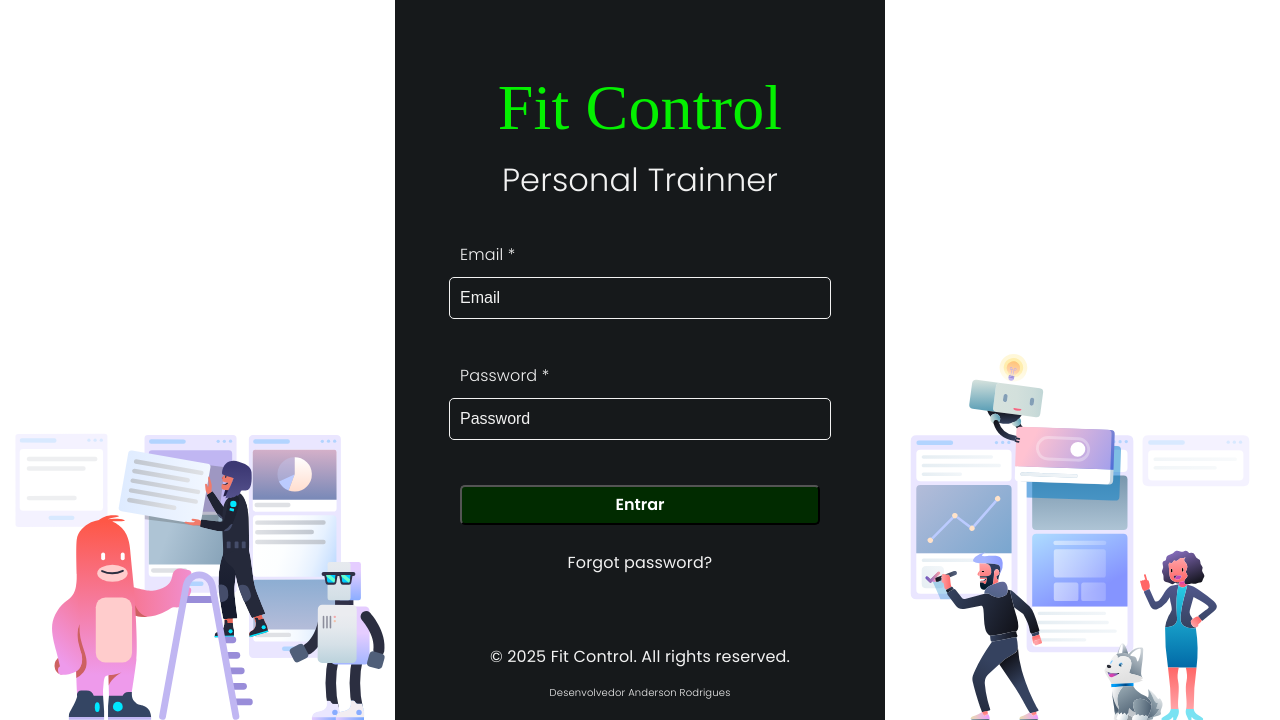
Repository: fit-control/frontend-fit-control
Page: /
The author's editor kept a copy of each file at every save. The page is drawn from the files as they stood at one save, then again after the next save.
The browser window is 1280 px wide. The pictures show the whole page.
Some web fonts or font styles are not loaded; a fallback is used. The project was rebuilt for these pictures with package versions that can differ from the ones it lists, and the page was loaded fresh each time. The framework's server and built-in components were replaced by stand-ins that run in the browser. Also part of the build but not shown: next.config.js, vite.config.ts.

Above is the page before, as saved 2025-01-18 22:50:12.

After the next save:
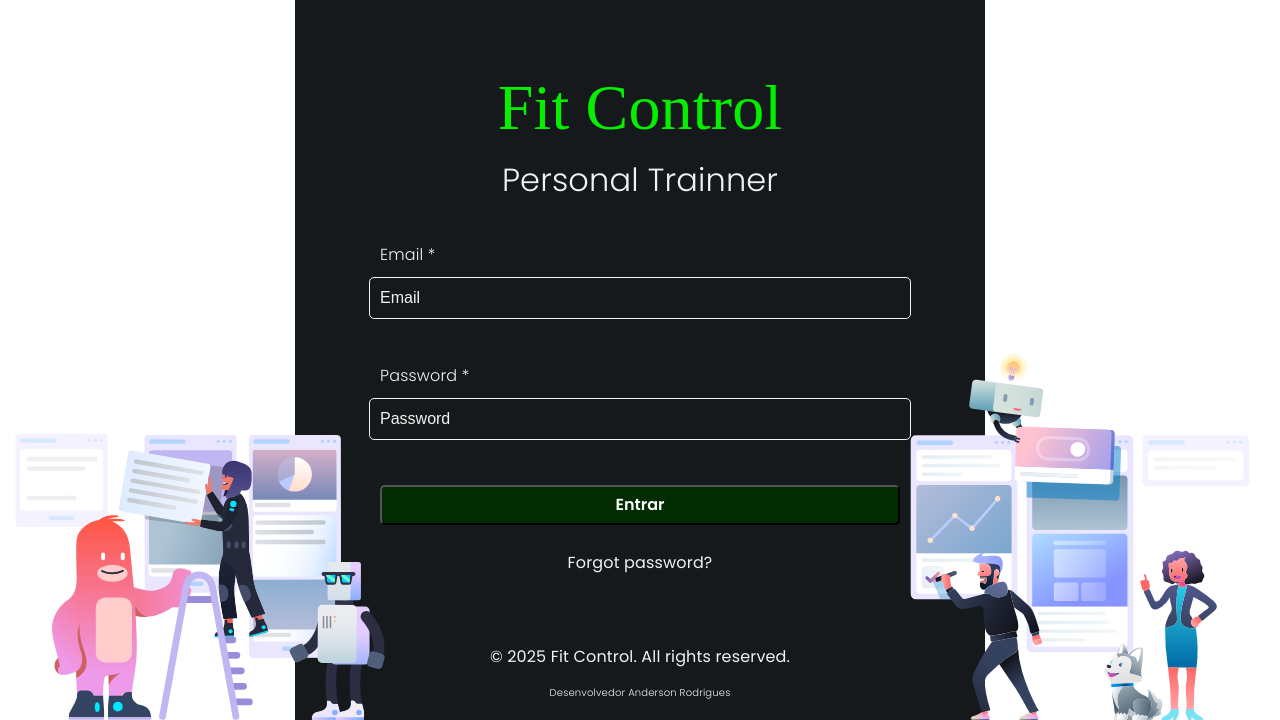
Saved 4 s later.
--- a/src/app/globals.css
+++ b/src/app/globals.css
@@ -69,7 +69,7 @@ body {
   }
 
   .containerLogin {
-    min-width: 450px;
+    min-width: 650px;
     min-height: calc(100vh - 40px);
     display: flex;
     flex-direction: column;
